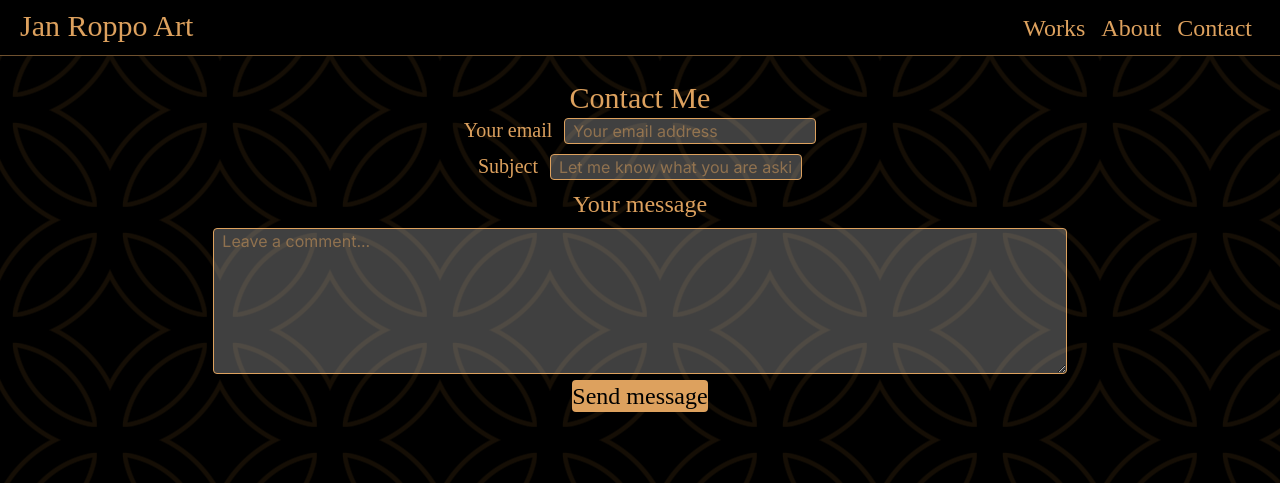
Repository: YanceMcFinn/JRArt
Page: /contact
These files come from the project's save history. The page is drawn as it stood at one moment and after the next save; the edit follows.
The browser window is 1280 px wide. The pictures show the whole page.
Some web fonts or font styles are not loaded; a fallback is used. The project was rebuilt for these pictures with package versions that can differ from the ones it lists, and the page was loaded fresh each time. The framework's server and built-in components were replaced by stand-ins that run in the browser. Also part of the build but not shown: next.config.js.

Above is the page before, as saved 2023-10-28 22:34:28.

After the next save:
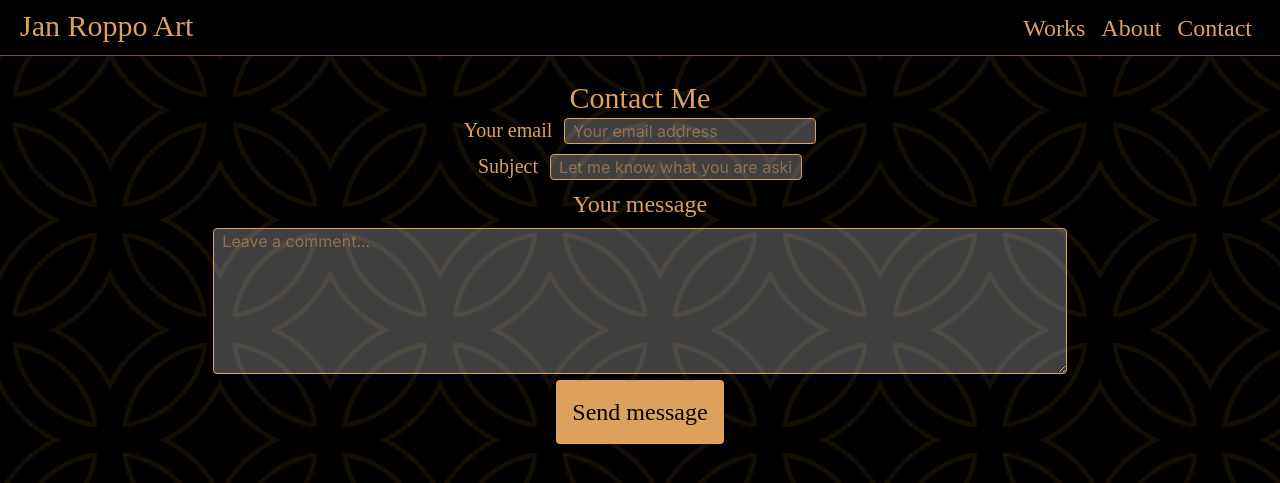
Saved 13 s later.
--- a/app/contact/page.jsx
+++ b/app/contact/page.jsx
@@ -19,7 +19,7 @@ export default function Contact() {
               <label for="message" className='title text-2xl' >Your message</label><br/>
               <textarea id="message" rows="6" placeholder="Leave a comment..." className='rounded w-full px-2 mt-2 bg-white/25 border border-main-color text-main-color placeholder-main-color/50 focus:border-main-color focus:border-2 focus:outline-none focus:ring-0'></textarea>
           </div>
-          <button type="submit" className='bg-main-color text-black title text-2xl rounded'>Send message</button>
+          <button type="submit" className='bg-main-color text-black title text-2xl rounded p-4'>Send message</button>
       </form>
         </div>
     )
